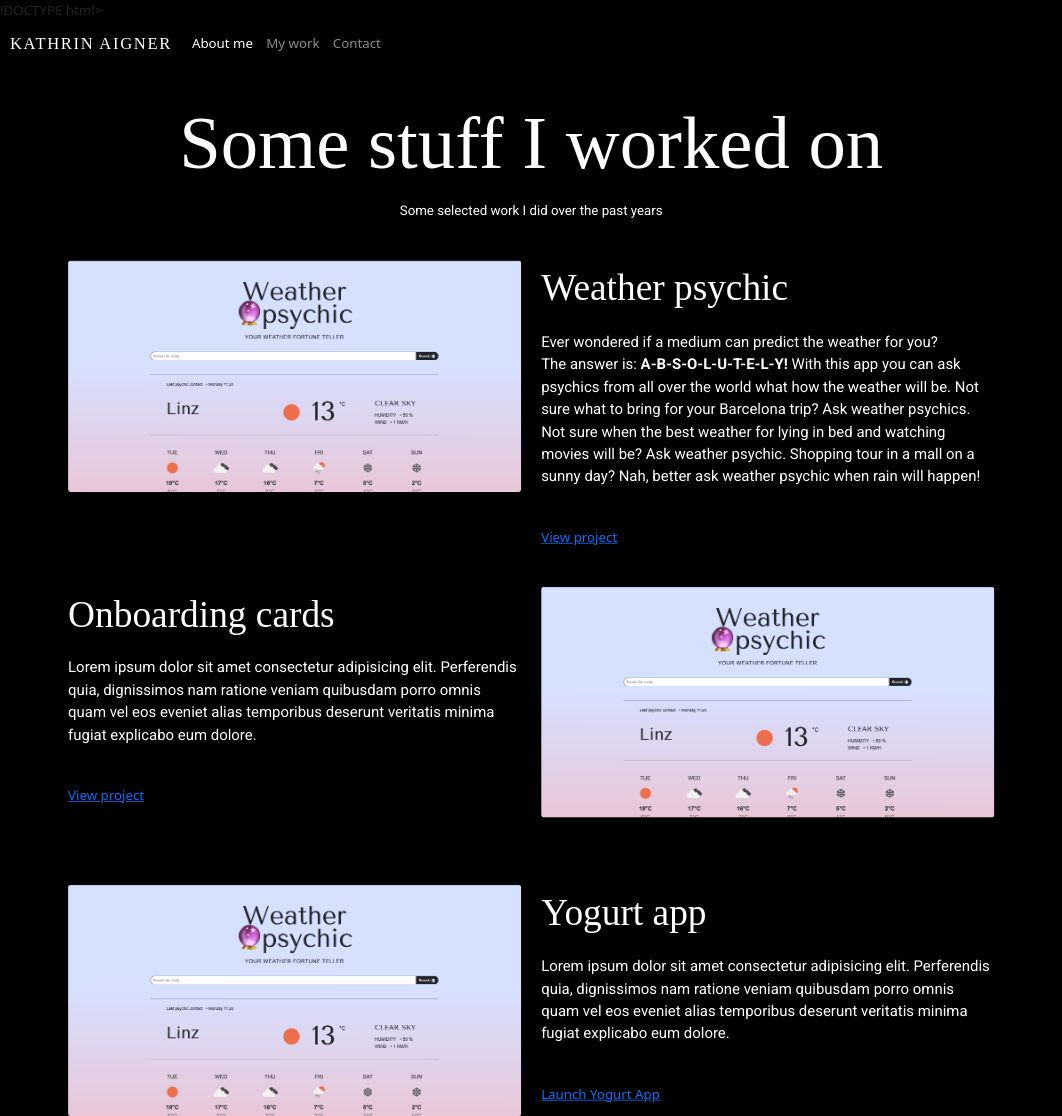
Repository: kathrin-aigner/Portfolio-2022
Page: work.html
The author's editor kept a copy of each file at every save. The page is drawn from the files as they stood at one save, then again after the next save.
The browser window is 1280 px wide. The pictures show the whole page, at 83% of full size.
Some web fonts or font styles are not loaded; a fallback is used. Some web libraries are served in a nearby version.

Above is the page before, as saved 2022-03-28 13:00:26.

### work.html
!DOCTYPE html>
<html lang="en">
  <head>
    <meta charset="UTF-8" />
    <meta http-equiv="X-UA-Compatible" content="IE=edge" />
    <meta name="viewport" content="width=device-width, initial-scale=1.0" />
    <link
      href="https://cdn.jsdelivr.net/npm/bootstrap@5.1.3/dist/css/bootstrap.min.css"
      rel="stylesheet"
      integrity="sha384-1BmE4kWBq78iYhFldvKuhfTAU6auU8tT94WrHftjDbrCEXSU1oBoqyl2QvZ6jIW3"
      crossorigin="anonymous"
    />
    <script
      src="https://cdn.jsdelivr.net/npm/bootstrap@5.1.3/dist/js/bootstrap.bundle.min.js"
      integrity="sha384-ka7Sk0Gln4gmtz2MlQnikT1wXgYsOg+OMhuP+IlRH9sENBO0LRn5q+8nbTov4+1p"
      crossorigin="anonymous"
    ></script>
    <link rel="preconnect" href="https://fonts.googleapis.com" />
    <link rel="preconnect" href="https://fonts.gstatic.com" crossorigin />
    <link
      href="https://fonts.googleapis.com/css2?family=Dela+Gothic+One&family=Roboto:wght@400;500;700&display=swap"
      rel="stylesheet"
    />
    <script
      src="https://kit.fontawesome.com/9a62a34935.js"
      crossorigin="anonymous"
    ></script>

    <link rel="stylesheet" href="/css/styles.css" />
    <title>Welcome to my portfolio – Kathrin Aigner</title>
  </head>
  <body>
    <nav class="navbar navbar-expand-lg navbar-dark text-end">
      <div class="container-fluid">
        <a class="navbar-brand text-uppercase" href="#">Kathrin Aigner</a>
        <button
          class="navbar-toggler"
          type="button"
          data-bs-toggle="collapse"
          data-bs-target="#navbarSupportedContent"
          aria-controls="navbarSupportedContent"
          aria-expanded="false"
          aria-label="Toggle navigation"
        >
          <span class="navbar-toggler-icon"></span>
        </button>
        <div class="collapse navbar-collapse" id="navbarSupportedContent">
          <ul class="navbar-nav me-auto mb-2 mb-lg-0">
            <li class="nav-item">
              <a
                class="nav-link active"
                aria-current="page"
                href="/about.html"
                title="more information about me"
                >About me</a
              >
            </li>
            <li class="nav-item">
              <a class="nav-link" href="/work.html" title="View my work here"
                >My work</a
              >
            </li>
            <li class="nav-item">
              <a class="nav-link" href="/contact.html" title="how to contact me"
                >Contact</a
              >
            </li>
          </ul>
        </div>
      </div>
    </nav>
    <div class="container">
      <div class="header-page text-center mt-5 mb-4">
        Some stuff I worked on
      </div>
      <div class="introduction text-center mb-5">
        Some selected work I did over the past years
      </div>
    </div>
    <div class="container mt-5">

      <div class="row">
        <div class="col-md-6">
          <img
            src="/images/wheater psychic.png"
            class="img-fluid rounded"
            alt="picture showing a preview of the weather homepage"
          />
        </div>
        <div class="col-sm-6">
          <div class="project-header mb-3">Weather psychic</div>
          <p class="page-section">
            Ever wondered if a medium can predict the weather for you? </br>The
            answer is: <strong>A-B-S-O-L-U-T-E-L-Y!</strong> With this app you
            can ask psychics from all over the world what how the weather will be.
            Not sure what to bring for your Barcelona trip? Ask weather psychics.
            Not sure when the best weather for lying in bed and watching movies
            will be? Ask weather psychic. Shopping tour in a mall on a sunny
            day? Nah, better ask weather psychic when rain will happen!
          </p>
          <div class="mt-5">
            <a href="#" class="primary-link" title="click to launch weather psychic"
              >View project</a
            >
          </div>
        </div>
      </div>
      <div class="row mt-5">
        <div class="col-sm-6">
          <div class="project-header mb-3">Onboarding cards</div>
          <p class="page-section">
            Lorem ipsum dolor sit amet consectetur adipisicing elit. Perferendis
            quia, dignissimos nam ratione veniam quibusdam porro omnis quam vel
            eos eveniet alias temporibus deserunt veritatis minima fugiat
            explicabo eum dolore.
          </p>
          <div class="mb-5 mt-5">
            <a href="#" class="primary-link" title="Click to view the project"
              >View project</a
            >
          </div>
        </div>
        <div class="col-sm-6">
          <img
            src="/images/wheater psychic.png"
            class="img-fluid rounded"
            alt="picture showing card game"
          />
        </div>
      </div>
      <div class="row mt-5">
        <div class="col-sm-6">
          <img
            src="/images/wheater psychic.png"
            class="img-fluid rounded"
            alt="picture showing a preview of the website about yoghurt"
          />
        </div>
        <div class="col-sm-6">
          <div class="project-header mb-3">Yogurt app</div>
          <p class="page-section">
            Lorem ipsum dolor sit amet consectetur adipisicing elit. Perferendis
            quia, dignissimos nam ratione veniam quibusdam porro omnis quam vel
            eos eveniet alias temporibus deserunt veritatis minima fugiat
            explicabo eum dolore.
          </p>
          <div class="mt-5">
            <a href="#" class="primary-link" title="click to launch yogurt app"
              >Launch Yogurt App</a
            >
          </div>
        </div>
      </div>
    </div>
  </body>
</html>

### css/styles.css
:root {
  --primary-color: white;
  --secondary-color: black;
  --heading-font-family: "Dela Gothic One", cursive;
  --default-font-family: "Roboto", sans-serif;
}

body {
  background-color: var(--secondary-color);
}

.herosection {
  text-align: center;
  padding: 160px 0;
}
.header {
  line-height: 1em;
  font-family: var(--heading-font-family);
  font-size: 200px;
  color: var(--primary-color);
}
.subheader {
  font-size: 32px;
  color: var(--primary-color);
  font-family: var(--default-font-family);
}
.header-page {
  line-height: 1em;
  font-size: 90px;
  color: var(--primary-color);
  font-family: var(--heading-font-family);
}
.project-header {
  font-size: 45px;
  color: var(--primary-color);
  font-family: var(--heading-font-family);
}
.page-section {
  font-size: 18px;
  color: var(--primary-color);
  font-family: var(--default-font-family);
}

.introduction {
  font-size: 16px;
  color: var(--primary-color);
  font-family: var(--default-font-family);
}
.navbar-brand {
  font-family: var(--heading-font-family);

  letter-spacing: 0.1em;
}

.btn-primary {
  font-family: var(--default-font-family);
  border: 2px solid var(--primary-color);
  background: var(--secondary-color);
  padding: 12px 48px;
}

.project-preview {
  max-width: 500px;
}

After the next save:
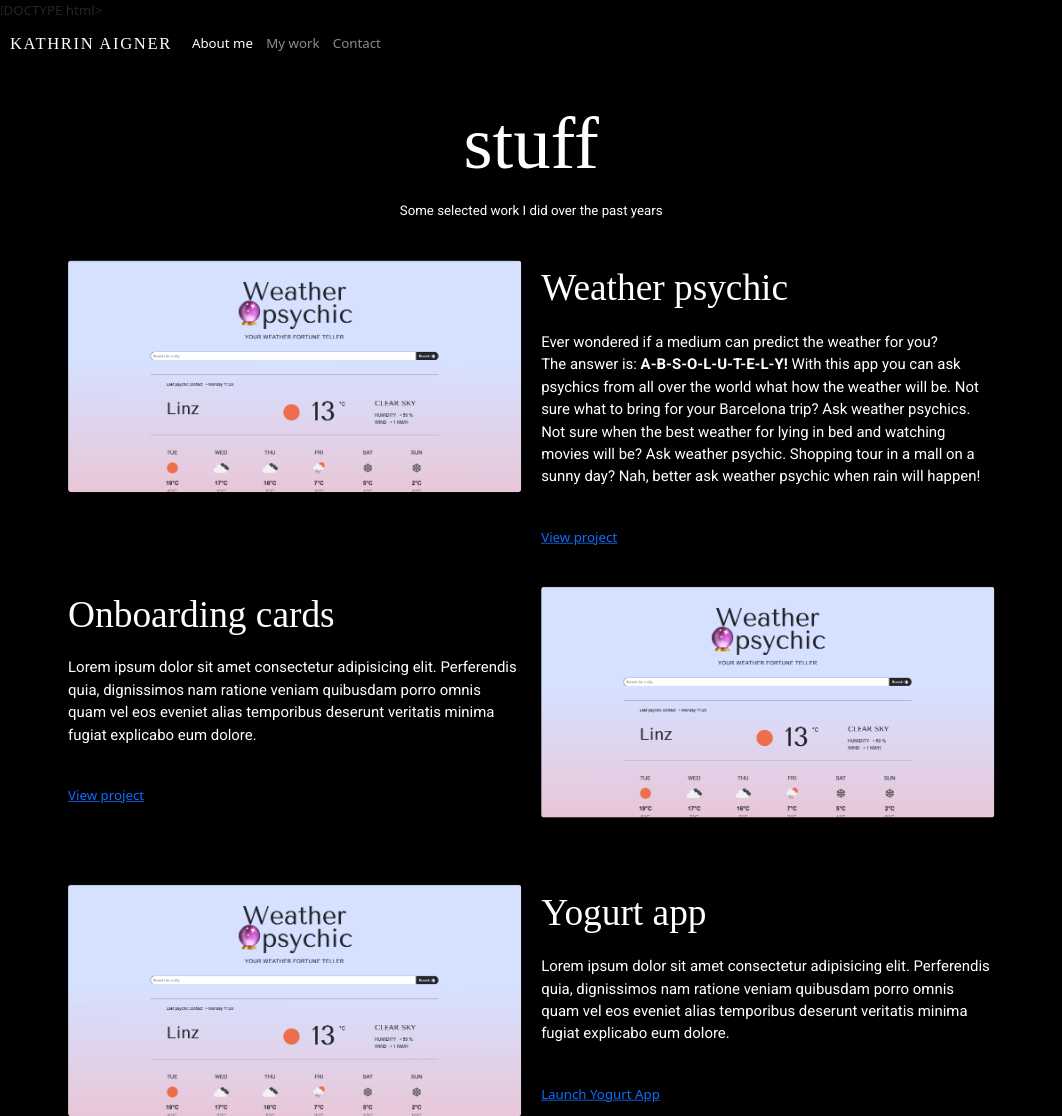
Saved 110 s later.
--- a/work.html
+++ b/work.html
@@ -71,7 +71,7 @@
     </nav>
     <div class="container">
       <div class="header-page text-center mt-5 mb-4">
-        Some stuff I worked on
+  stuff
       </div>
       <div class="introduction text-center mb-5">
         Some selected work I did over the past years
